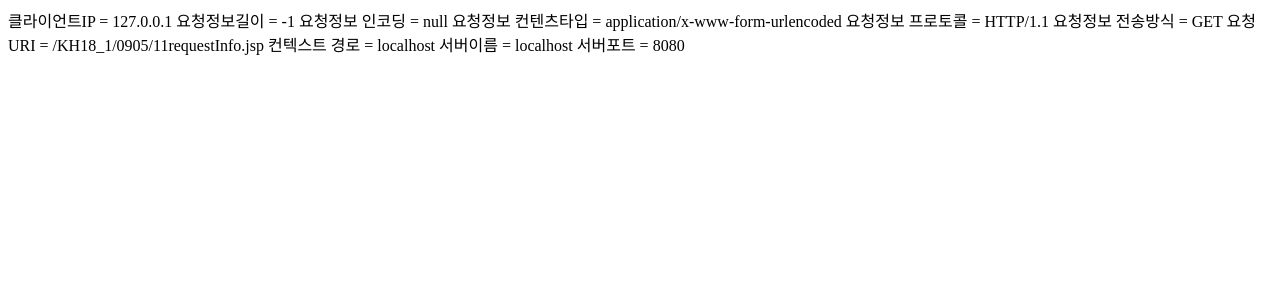
Repository: eParkjongtaek/lovedisket
Page: http://localhost/KH18_1/0905/11requestInfo.jsp
An editor plug-in stored every save of this project. The page is shown before and after the next save, followed by the edit.
The browser window is 1280 px wide. The pictures show the whole page.
The page is served by Tomcat 9.

Above is the page before, as saved 2017-09-05 03:01:39.

After the next save:
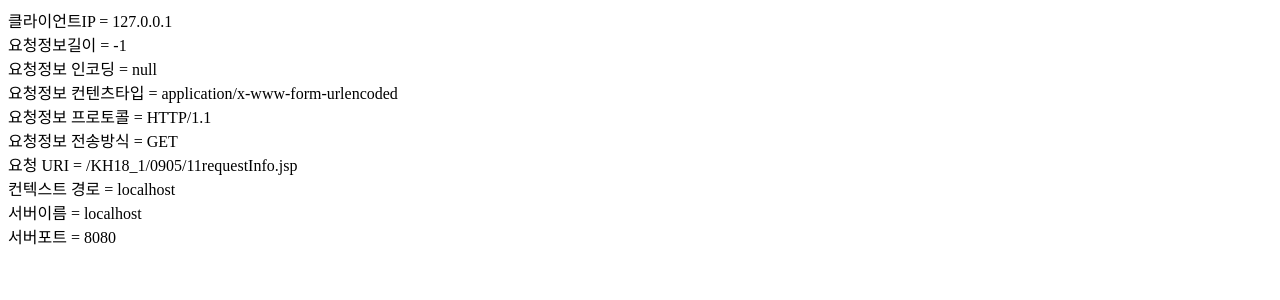
Saved 10 min 14 s later.
--- a/source/KH18_1/WebContent/0905/11requestInfo.jsp
+++ b/source/KH18_1/WebContent/0905/11requestInfo.jsp
@@ -2,15 +2,15 @@
 <html>
 	<head><title>클라이언트 및 서버 정보</title></head>
 	<body>
-		클라이언트IP = <%=request.getRemoteAddr() %>
-		요청정보길이 = <%=request.getContentLength() %>
-		요청정보 인코딩 = <%=request.getCharacterEncoding() %>
-		요청정보 컨텐츠타입 = <%=request.getContentType() %>
-		요청정보 프로토콜 = <%=request.getProtocol() %>
-		요청정보 전송방식 = <%=request.getMethod() %>
-		요청 URI = <%=request.getRequestURI() %>
-		컨텍스트 경로 = <%=request.getServerName() %>
-		서버이름 = <%=request.getServerName() %>
-		서버포트 = <%=request.getServerPort() %>
+		클라이언트IP = <%=request.getRemoteAddr() %><br>
+		요청정보길이 = <%=request.getContentLength() %><br>
+		요청정보 인코딩 = <%=request.getCharacterEncoding() %><br>
+		요청정보 컨텐츠타입 = <%=request.getContentType() %><br>
+		요청정보 프로토콜 = <%=request.getProtocol() %><br>
+		요청정보 전송방식 = <%=request.getMethod() %><br>
+		요청 URI = <%=request.getRequestURI() %><br>
+		컨텍스트 경로 = <%=request.getServerName() %><br>
+		서버이름 = <%=request.getServerName() %><br>
+		서버포트 = <%=request.getServerPort() %><br>
 	</body>
 </html>
